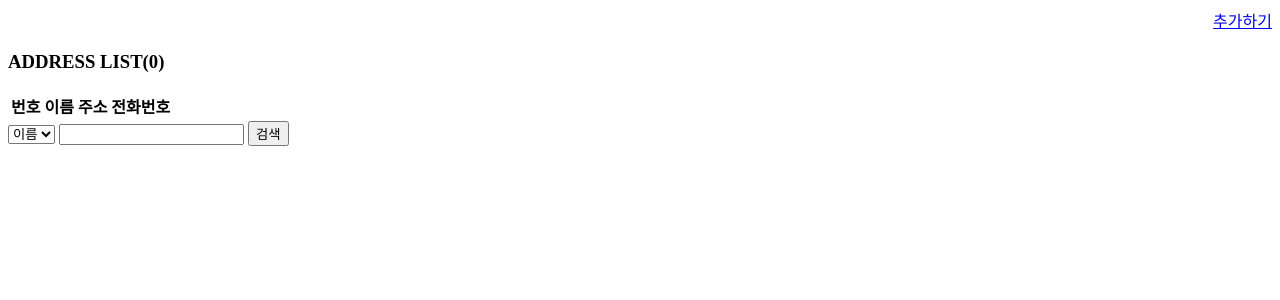
Repository: yubeens/JSP
Page: http://localhost/JSP_Project/jQueryAddress/list.jsp
The author's editor kept a copy of each file at every save. The page is drawn from the files as they stood at one save, then again after the next save.
The browser window is 1280 px wide. The pictures show the whole page.
The page is served by Tomcat 9. Other server files are loaded and not shown. Queries for data that is not in the repository find no rows.

Above is the page before, as saved 2025-03-06 06:41:37.

### JSP_Project/src/main/webapp/jQueryAddress/list.jsp
<%@page import="com.address.Address"%>
<%@page import="java.util.ArrayList"%>
<%@page import="com.address.AddressDAO"%>
<%@ page language="java" contentType="text/html; charset=UTF-8"
    pageEncoding="UTF-8"%>
<!DOCTYPE html>
<html>
<head>
<meta charset="UTF-8">
<title>Insert title here</title>
</head>
<%
request.setCharacterEncoding("utf-8");
String field="";
String word="";
if(request.getParameter("word")!=null){
	field=request.getParameter("field");
	word=request.getParameter("word");
}
AddressDAO dao = new AddressDAO();
//검색
ArrayList<Address>alist=dao.list(field,word);
int count=dao.getCount(field,word);
/* ArrayList<Address>alist= dao.list();
int count = dao.getCount(); */
%>
<body>
<div align="right">
<a href="insert.jsp">추가하기</a>
</div>
<h3>ADDRESS LIST(<%=count %>)</h3>
<table>
	<tr>
		<th>번호</th>
		<th>이름</th>
		<th>주소</th>
		<th>전화번호</th>
	</tr>
<%
	for(Address ad:alist){
%>
<tr>
	<td><%=ad.getNum() %></td>
	<td><a href="detail.jsp?num=<%=ad.getNum()%>"><%=ad.getName() %></a></td>
	<!-- 주소 뒤에 ?를 붙이면 벨류를 갖고간다. -->
	<td><%=ad.getAddress() %></td>
	<td><%=ad.getTel() %></td>
</tr>
<%
	}
%>
</table>
<form action="list.jsp">
 <select name="field">
  <option value="name">이름</option>
  <option value="address">주소</option>
 </select>
 <input type="text" name="word">
 <input type="submit" value="검색">

 </form>
</body>
</html>

### JSP_Project/src/main/java/com/address/AddressDAO.java
package com.address;

import java.sql.Connection;
import java.sql.DriverManager;
import java.sql.PreparedStatement;
import java.sql.ResultSet;
import java.sql.SQLException;
import java.sql.Statement;
import java.util.ArrayList;

public class AddressDAO {
	String url, user, pwd;

	public AddressDAO() {
		/*C:\app\it\product\21c\dbhomeXE\jdbc\lib 오라클 드라이버경로에서
		맞는 버전을 복사하여 web-inf/lib경로에 붙여넣기 한다. (컴퓨터가 어떤 sql을 쓰는지 알수있음)*/
		try {
			Class.forName("oracle.jdbc.driver.OracleDriver");
			 url="jdbc:oracle:thin:@localhost:1521:xe";
			 user="scott";
			 pwd="tiger";
		} catch (ClassNotFoundException e) { //예외처리 (없을 수 도 있으니 예외처리 일단 해줌)
			// TODO Auto-generated catch block
			e.printStackTrace();
		}

	}

	//추가: insert into address ~~~
	public void insert(Address addr) {
		Connection con=null; //연결객체
		PreparedStatement ps=null; //? 사용시

		try {
			con= DriverManager.getConnection(url, user, pwd); //예외처리 //연결을 통해서 객체가 만들어짐
			String sql = "insert into address(num,name,zipcode,address,tel) values(address_seq.nextval,?,?,?,?)"; //?: 나중에 값을 처리하겠다.
			ps= con.prepareStatement(sql);
			ps.setString(1, addr.getName());
			ps.setString(2, addr.getZipcode());
			ps.setString(3, addr.getAddress());
			ps.setString(4, addr.getTel());

			//실행
			ps.executeUpdate();
		} catch (SQLException e) {
			e.printStackTrace();
		} finally {
			closeConnection(con,ps,null,null);
		}
	}
	//검색포함 전체보기
	public ArrayList<Address>list(String field, String word){
		Connection con = null;
		Statement st = null;
		ResultSet rs = null;
		ArrayList<Address>alist=new ArrayList<Address>();
		String sql="";

		try {
			con=DriverManager.getConnection(url,user,pwd);
			st=con.createStatement();
			if(word.equals("")) { //검색아님
				sql="select * from address";
			}else { //검색
				sql="select * from address where "+field+ " like '%"+word+"%'";
			}
			rs=st.executeQuery(sql);
			while(rs.next()) {
				Address ad = new Address();
				ad.setAddress(rs.getString("address"));
				ad.setName(rs.getString("name"));
				ad.setNum(rs.getInt("num"));
				ad.setTel(rs.getString("tel"));
				ad.setZipcode(rs.getString("zipcode"));
				alist.add(ad);
			}

		} catch (SQLException e) {
			e.printStackTrace();
		}
		return alist;
	}
	//검색 포함 갯수
	public int getCount(String field,String word) {
		Connection con = null;
		Statement st = null;
		ResultSet rs = null;
		String sql="";
		int count=0;

		try {
			con=DriverManager.getConnection(url,user,pwd);
			st=con.createStatement();
			if(word.equals("")) {
				sql="select count(*) from address";
			}else { //검색
				sql="select count(*) from address where "+field + " like'%"+word+"%'";
			}
			rs=st.executeQuery(sql);
			if(rs.next()) {
				count=rs.getInt(1);
			}
		} catch (SQLException e) {
			e.printStackTrace();
		}finally {
			closeConnection(con, null, st, rs);
		}
		return count;
	}


	//전체보기
	public ArrayList<Address> list() {
		Connection con = null;
		Statement st = null;
		ResultSet rs = null;

		ArrayList<Address>alist = new ArrayList<>();

		try {
			con = DriverManager.getConnection(url, user, pwd);
			String sql = "select * from address";
			st = con.createStatement();
			rs = st.executeQuery(sql);

			while(rs.next()) {
				Address ad = new Address();
				ad.setAddress(rs.getString("address"));
				ad.setName(rs.getString("name"));
				ad.setNum(rs.getInt("num"));
				ad.setTel(rs.getString("tel"));
				ad.setZipcode(rs.getString("zipcode"));
				alist.add(ad);
			}

		} catch (SQLException e) {
			e.printStackTrace();
		} finally {
			closeConnection(con, null, st, rs);
		}
		return alist;

	}


	//개수
	public int getCount() {
		Connection con = null;
		Statement st = null;
		ResultSet rs = null;
		int count=0;


		try {
			con = DriverManager.getConnection(url,user,pwd);
			String sql = "select count(*) from address";
			st = con.createStatement();
			rs = st.executeQuery(sql);
			if(rs.next()) {
				count = rs.getInt(1); //컬럼명 없으면 위치값으로
			}
		} catch (SQLException e) {
			e.printStackTrace();
		}finally {
			closeConnection(con, null, st, rs);
		}
		return count;
	}


	//삭제
	public void delete(int num) {
		Connection con = null;
		Statement st = null;

		try {
			con = DriverManager.getConnection(url,user,pwd);
			String sql = "delete from address where num="+num;
			st = con.createStatement();
			st.executeQuery(sql);
		} catch (SQLException e) {
			e.printStackTrace();
		}
	}


	//수정
	 public void update(Address ad) {
	        Connection con=null;
	        PreparedStatement ps=null;

	        try {
	            con=DriverManager.getConnection(url,user,pwd);
	            String sql="update address set name=?,zipcode=?,tel=?, address=? where num=?";
	            ps=con.prepareStatement(sql);
	            ps.setString(1,ad.getName());
	            ps.setString(2,ad.getZipcode());
	            ps.setString(3,ad.getTel());
	            ps.setString(4,ad.getAddress());
	            ps.setInt(5,ad.getNum());
	            ps.executeUpdate();

	        } catch (SQLException e) {
	            e.printStackTrace();
	        }
	}


	//상세보기
	public Address detail(int num) {

		Connection con = null;
		Statement st = null;
		ResultSet rs = null;
		Address address = null;

		try {
			con = DriverManager.getConnection(url,user,pwd);
			String sql="Select * from address where num ="+num;
			System.out.println(sql);
			st = con.createStatement();
			rs = st.executeQuery(sql);
			if(rs.next()) {
				address = new Address();
				address.setAddress(rs.getString("address"));
				address.setName(rs.getString("name"));
				address.setNum(rs.getInt("num"));
				address.setTel(rs.getString("tel"));
				address.setZipcode(rs.getString("zipcode"));

			}
		} catch (SQLException e) {
			e.printStackTrace();
		}finally {
			closeConnection(con, null, st, rs);
		}
		return address;
	}


	//우편번호 검색
	public ArrayList<ZipCode> zipcodeRead(String dong) {
		Connection con = null;
		Statement st = null;
		ResultSet rs = null;
		ArrayList<ZipCode> zarr = new ArrayList<ZipCode>();

		try {
			con=DriverManager.getConnection(url,user,pwd);
			String sql="select * from zipcode where dong like '%"+dong+"%'";
			System.out.println(sql);
			st=con.createStatement();
			rs=st.executeQuery(sql);
			while(rs.next()) {
				ZipCode z = new ZipCode();
				z.setBunji(rs.getString("bunji"));
				z.setDong(rs.getString("dong"));
				z.setGugun(rs.getString("gugun"));
				z.setSeq(rs.getInt("seq"));
				z.setSido(rs.getString("sido"));
				z.setZipcode(rs.getString("zipcode"));
				zarr.add(z);
			}

		} catch (SQLException e) {
			e.printStackTrace();
		}finally {
			closeConnection(con, null, st, rs);
		}
		return zarr;

	}

	//------
	private void closeConnection(Connection con,PreparedStatement ps, Statement st, ResultSet rs) {
			try {
				if(con!=null) con.close();
				if(ps!=null) con.close();
				if(st!=null) con.close();
				if(rs!=null) con.close();
			} catch (SQLException e) {
				e.printStackTrace();
			}
	}
}

After the next save:
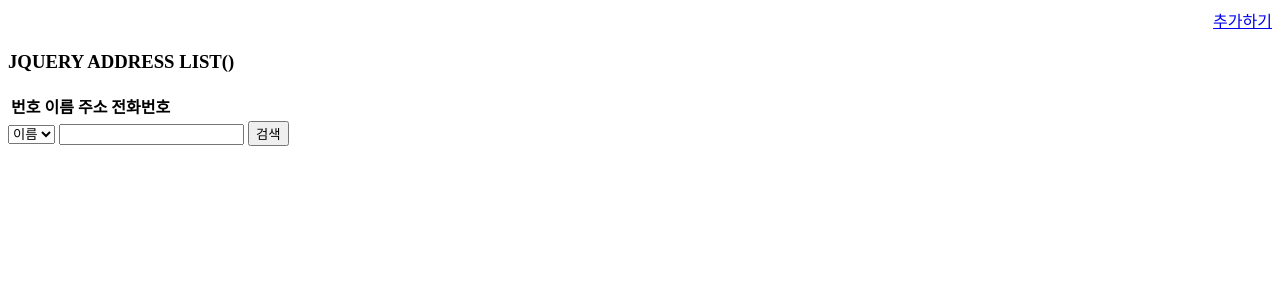
Saved 22 min 39 s later.
--- a/JSP_Project/src/main/webapp/jQueryAddress/list.jsp
+++ b/JSP_Project/src/main/webapp/jQueryAddress/list.jsp
@@ -8,27 +8,32 @@
 <head>
 <meta charset="UTF-8">
 <title>Insert title here</title>
+<script src="https://code.jquery.com/jquery-3.7.1.min.js"></script>
 </head>
-<%
-request.setCharacterEncoding("utf-8");
-String field="";
-String word="";
-if(request.getParameter("word")!=null){
-	field=request.getParameter("field");
-	word=request.getParameter("word");
-}
-AddressDAO dao = new AddressDAO();
-//검색
-ArrayList<Address>alist=dao.list(field,word);
-int count=dao.getCount(field,word);
-/* ArrayList<Address>alist= dao.list();
-int count = dao.getCount(); */
-%>
+<script>
+$(document).ready(function(){
+	$("#btnSearch").click(function(){
+		$.ajax({
+			type:"get",
+			url:"searchProc.jsp",
+			data:{
+
+			},
+			success:function(resp){
+
+			},
+			error:function(e){
+				alert(e+":error");
+			}
+		})//ajax
+	}) //btnSearch
+}) //document ready
+</script>
 <body>
 <div align="right">
 <a href="insert.jsp">추가하기</a>
 </div>
-<h3>ADDRESS LIST(<%=count %>)</h3>
+<h3>JQUERY ADDRESS LIST()</h3>
 <table>
 	<tr>
 		<th>번호</th>
@@ -36,28 +41,13 @@ int count = dao.getCount(); */
 		<th>주소</th>
 		<th>전화번호</th>
 	</tr>
-<%
-	for(Address ad:alist){
-%>
-<tr>
-	<td><%=ad.getNum() %></td>
-	<td><a href="detail.jsp?num=<%=ad.getNum()%>"><%=ad.getName() %></a></td>
-	<!-- 주소 뒤에 ?를 붙이면 벨류를 갖고간다. -->
-	<td><%=ad.getAddress() %></td>
-	<td><%=ad.getTel() %></td>
-</tr>
-<%
-	}
-%>
+
 </table>
-<form action="list.jsp">
  <select name="field">
   <option value="name">이름</option>
   <option value="address">주소</option>
  </select>
  <input type="text" name="word">
- <input type="submit" value="검색">
-
- </form>
+ <input type="submit" value="검색" id="btnSearch">
 </body>
 </html>
